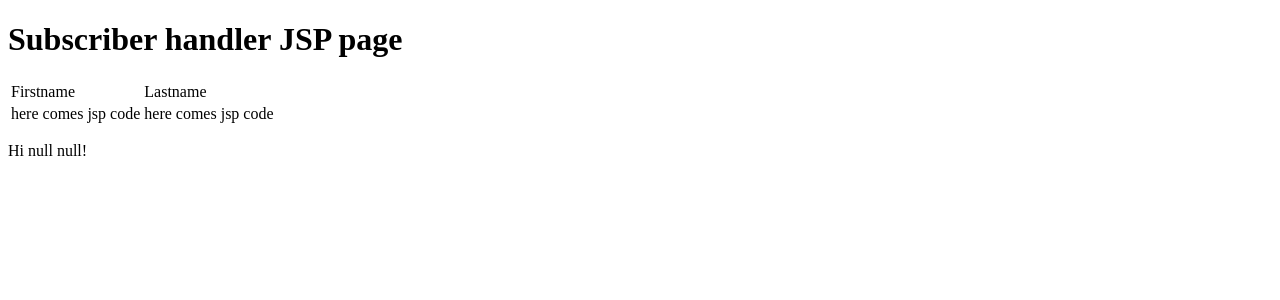
Repository: usaeed/Project2018
Page: http://localhost/BlueWhale/handleSubscribeInfo.jsp
These files come from the project's save history. The page is drawn as it stood at one moment and after the next save; the edit follows.
The browser window is 1280 px wide. The pictures show the whole page.
The page is served by Tomcat 9.

Above is the page before, as saved 2018-02-01 17:56:00.

### BlueWhale/WebContent/handleSubscribeInfo.jsp
<%@ page language="java" contentType="text/html; charset=ISO-8859-1"
    pageEncoding="ISO-8859-1"%>
<!DOCTYPE html PUBLIC "-//W3C//DTD HTML 4.01 Transitional//EN" "http://www.w3.org/TR/html4/loose.dtd">
<html>
<head>
<meta http-equiv="Content-Type" content="text/html; charset=ISO-8859-1">
<title>Insert title here</title>
</head>
<body>
<h1>Subscriber handler JSP page</h1>
<%
String firstname = request.getParameter("firstName");
String lastname = request.getParameter("lastName");
%>
<table>
<tr>
<td>Firstname</td>
<td>Lastname</td>
</tr>
<tr>
<td>here comes jsp code</td>
<td>here comes jsp code</td>
</tr>
</table>
<p>Hi <%=firstname%> <%=lastname%>!
</body>
</html>

### BlueWhale/WebContent/makeUp.css
@CHARSET "ISO-8859-1";
input[type=text], select {
    width: 30%;
    padding: 12px 20px;
    margin: 8px 0;
    display: inline-block;
    border: 1px solid #ccc;
    border-radius: 4px;
    box-sizing: border-box;
}

input[type=submit] {
    width: 30%;
    background-color: #4CAF50;
    color: white;
    padding: 14px 20px;
    margin: 8px 0;
    border: none;
    border-radius: 4px;
    cursor: pointer;
}

input[type=submit]:hover {
    background-color: #45a049;
}

div {
    border-radius: 5px;
    background-color: #f2f2f2;
    padding: 20px;
}

table{
  width:100%;
  table-layout: fixed;
}
.tbl-header{
  background-color: rgba(255,255,255,0.3);
 }
.tbl-content{
  height:300px;
  overflow-x:auto;
  margin-top: 0px;
  border: 1px solid rgba(255,255,255,0.3);
}
th{
  padding: 20px 15px;
  text-align: left;
  font-weight: 500;
  font-size: 12px;
  color: #fff;
  text-transform: uppercase;
}
td{
  padding: 15px;
  text-align: left;
  vertical-align:middle;
  font-weight: 300;
  font-size: 12px;
  color: #fff;
  border-bottom: solid 1px rgba(255,255,255,0.1);
}

After the next save:
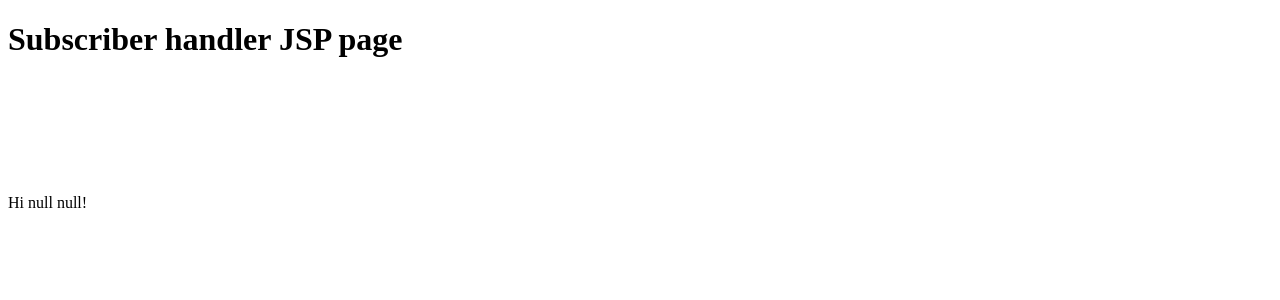
Saved 50 s later.
--- a/BlueWhale/WebContent/handleSubscribeInfo.jsp
+++ b/BlueWhale/WebContent/handleSubscribeInfo.jsp
@@ -4,6 +4,7 @@
 <html>
 <head>
 <meta http-equiv="Content-Type" content="text/html; charset=ISO-8859-1">
+<link rel="stylesheet" type="text/css" href="makeUp.css">
 <title>Insert title here</title>
 </head>
 <body>

After the save that followed:
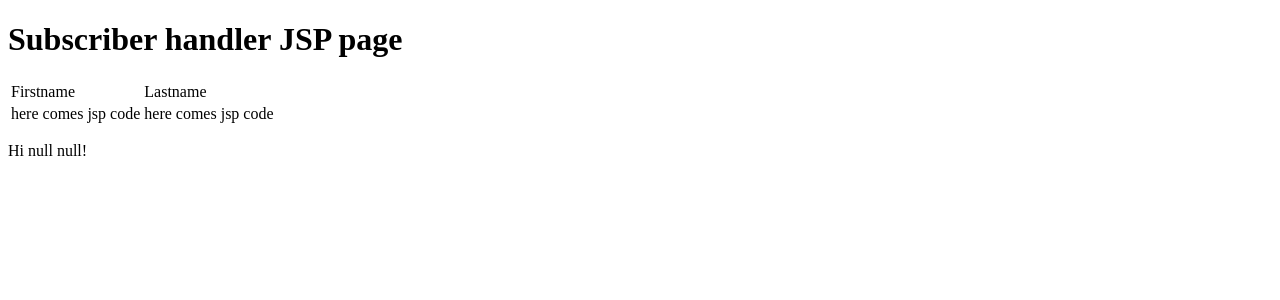
Saved 64 s later.
--- a/BlueWhale/WebContent/handleSubscribeInfo.jsp
+++ b/BlueWhale/WebContent/handleSubscribeInfo.jsp
@@ -4,7 +4,6 @@
 <html>
 <head>
 <meta http-equiv="Content-Type" content="text/html; charset=ISO-8859-1">
-<link rel="stylesheet" type="text/css" href="makeUp.css">
 <title>Insert title here</title>
 </head>
 <body>
